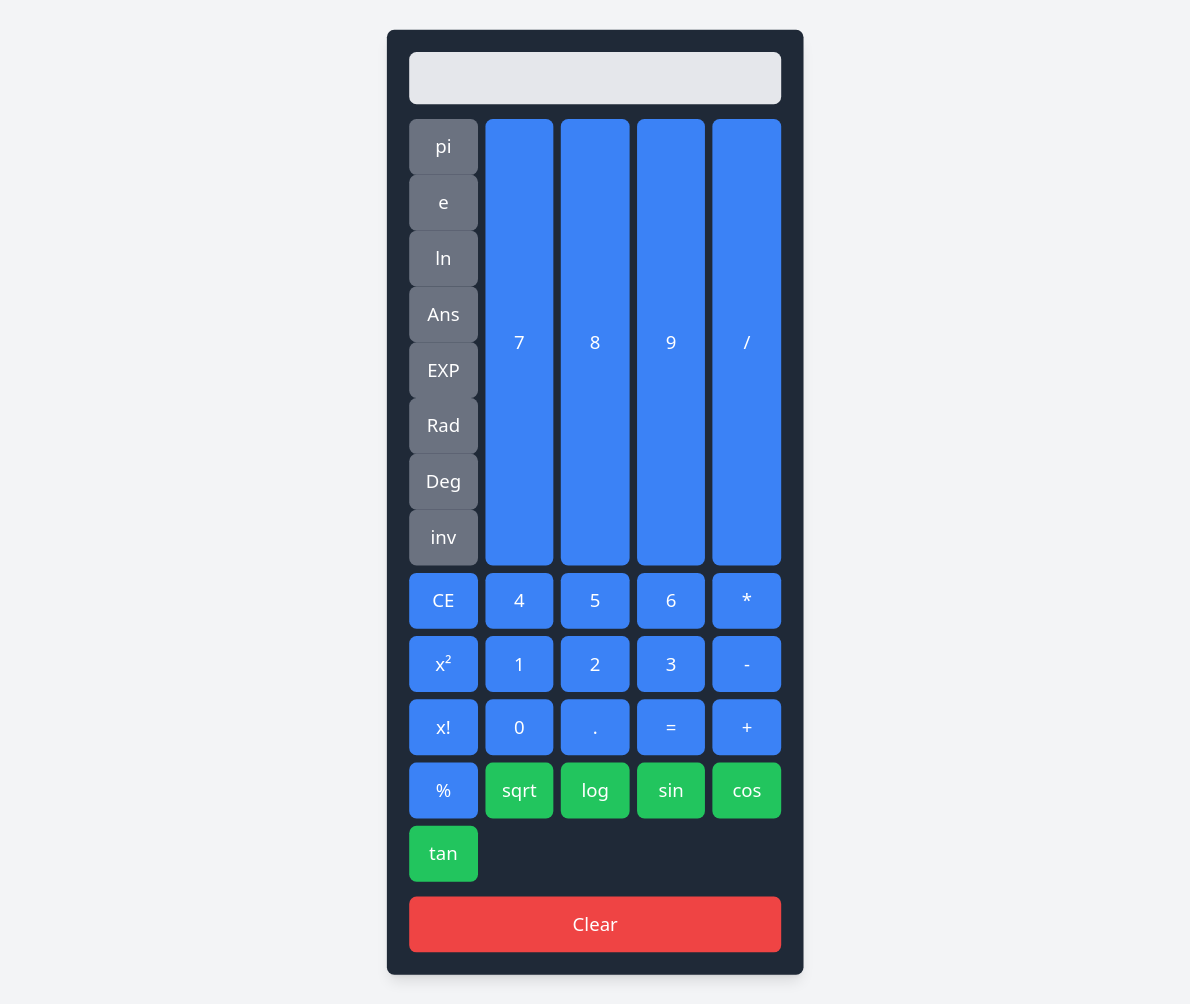
Repository: Sirinegaddour11/Calculator-App
Page: /
These files come from the project's save history. The page is drawn as it stood at one moment and after a run of saves; the edit follows.
The browser window is 1280 px wide. The pictures show the whole page, at 93% of full size.
The project was rebuilt for these pictures with package versions that can differ from the ones it lists, and the page was loaded fresh each time. The framework's server and built-in components were replaced by stand-ins that run in the browser. Also part of the build but not shown: next.config.mjs.

Above is the page before, as saved 2024-09-16 19:20:22.

After the next 6 saves:
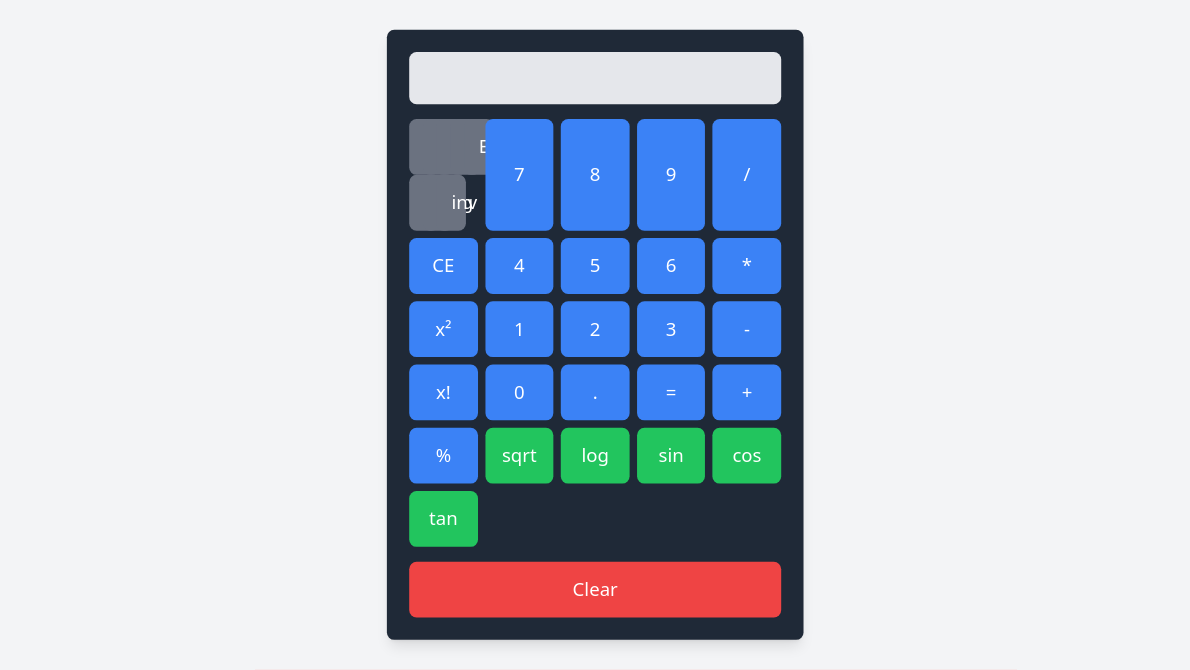
The 6 saves are shown as one change because they came seconds apart.
The last was saved 18 s later.
--- a/components/calculator.tsx
+++ b/components/calculator.tsx
@@ -76,7 +76,7 @@ const Calculator: React.FC = () => {
         />
         <div className="grid grid-cols-5 gap-2">
           {/* Ligne 6 (fonctions supplémentaires) */}
-          <div className="grid ">
+          <div className="grid grid-cols-5">
             {["pi", "e", "ln", "Ans", "EXP", "Rad", "Deg", "inv"].map(
               (func, index) => (
                 <button
